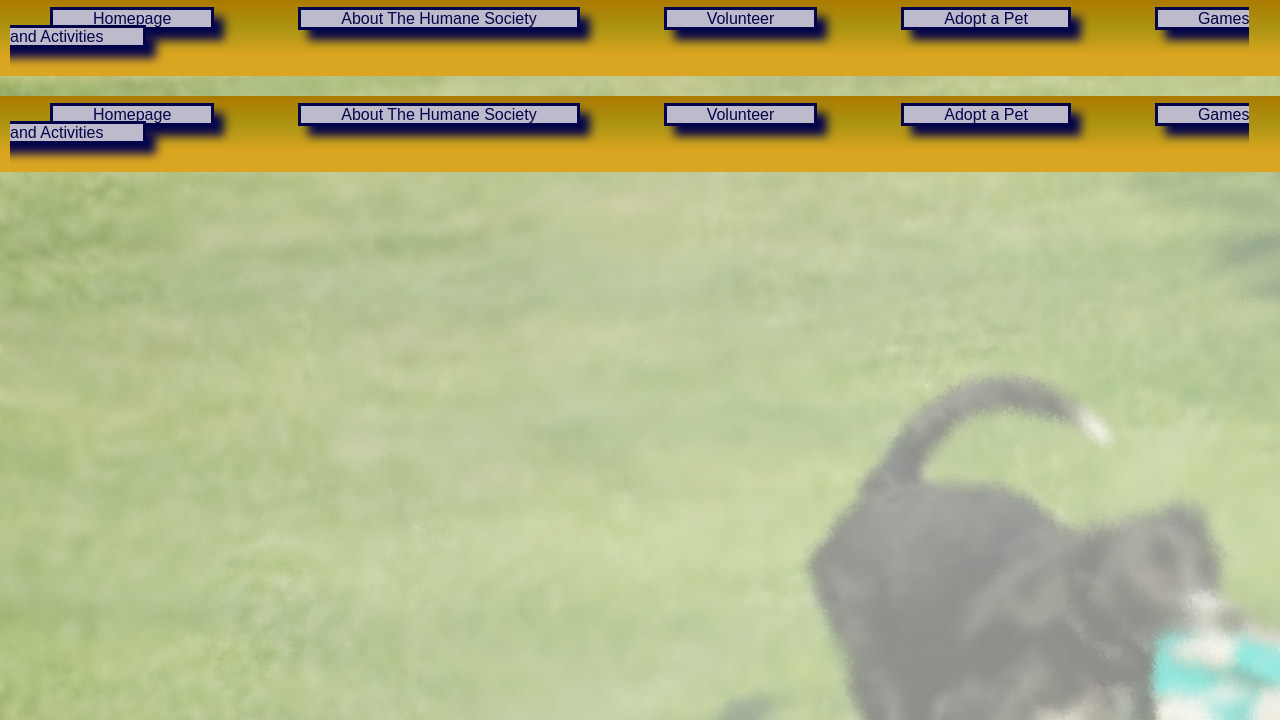
Repository: StaceyS27/puppybowl
Page: index.html
An editor plug-in stored every save of this project. The page is shown before and after a run of saves, followed by the edit.
The browser window is 1280 px wide. The pictures show the whole page.

Above is the page before, as saved 2023-09-05 16:06:57.
Console error: TypeError: Cannot read properties of null (reading 'addEventListener')

### index.html
<!DOCTYPE html>
<html lang="en">
  <head>
    <meta charset="UTF-8" />
    <meta http-equiv="X-UA-Compatible" content="IE=edge" />
    <meta name="viewport" content="width=device-width, initial-scale=1.0" />
    <link rel="stylesheet" href="styles.css" />
    <title>PuppyBowl</title>
    <nav>
      <div class="navbar">
        <a href=" ">Homepage</a>
        <a href=" ">About The Humane Society</a>
        <a href=" ">Volunteer</a>
        <a href=" ">Adopt a Pet</a>
        <a href=" ">Games and Activities</a>
      </div>
    </nav>
    <form id="new-player-form"></form>
    <main id="player-container"></main>
  </head>
  <body>
    <nav>
      <div class="navbar">
        <a href=" ">Homepage</a>
        <a href=" ">About The Humane Society</a>
        <a href=" ">Volunteer</a>
        <a href=" ">Adopt a Pet</a>
        <a href=" ">Games and Activities</a>
      </div>
    </nav>
    <form id="new-player-form"></form>
    <main id="player-container"></main>

    <script src="./script.js"></script>
  </body>
</html>

### styles.css
* {
  padding: 0;
  margin: 0;
  box-sizing: border-box;
}
/*-------------------PAGE BACKGROUND-------------------*/
html{
  background-image: url(puppybowl_background.JPG);
}
/*-------------------NAV BAR-------------------*/
.navbar {
  margin-bottom: 20px;
  padding: 10px;
  background-image: linear-gradient(rgb(171, 122, 0), rgb(171, 148, 18), goldenrod);
  border-bottom: solid 20px goldenrod;
}

.navbar a:hover {
  font-weight: bold;
}

.navbar>a {
  margin: 40px;
  color: rgb(4, 4, 75);
  border: solid 3px rgb(4, 4, 75);
  box-shadow: 10px 10px 10px  rgb(4, 4, 75);
  background-color: rgb(188, 186, 203);
  font-family: Arial, Helvetica, sans-serif;
  padding-left: 40px;
  padding-right: 40px;
  text-decoration: none;
}
/*-------------------WHOLE PAGE FLEX-------------------*/
#player-container {
  display: flex;
  flex-wrap: wrap;
  flex-direction: row;
  column-gap: 70px;
  row-gap: 50px;
}

/*-------------------STYLING FOR ALL PLAYER CARDS-------------------*/
#player-container>div {
  margin: 10px;
  padding: 20px;
  color:goldenrod;
  text-shadow: rgb(4, 4, 75) 1px 1px;
  font-family: Arial, Helvetica, sans-serif;
  background-image: url(card_puppyBowl.JPG);
  background-size: cover;
  border-radius: 5%;
}

/*-------------------ALL CARD GRID PLACEMENT-------------------*/
.player-card {
  width: 20%;
  display: grid;
  grid-template-columns: repeat(5, 20%);
  grid-template-rows: repeat(6);
  box-shadow: 20px 20px 10px rgb(3, 29, 5);
}
.player-card>h2{
  grid-column-start: 3;
  grid-column-end: 4;
  grid-row-start: 1;
  grid-row-end: 2;
}
.player-card>h3{
  grid-column-start: 3;
  grid-column-end: 4;
  grid-row-start: 2;
  grid-row-end: 3;
}
.player-card>img{
  grid-column-start: 1;
  grid-column-end: 4;
  grid-row-start: 3;
  grid-row-end: 4;
}
button{
  grid-column-start: 1;
  grid-column-end: 5;
}
/*-------------------SINGLE CARD GRID PLACEMENT-------------------*/
.single-player-card {
  width: 20%;
  display: grid;
  grid-template-columns: repeat(5, 20%);
  grid-template-rows: repeat(6);
  box-shadow: 20px 20px 10px rgb(3, 29, 5);
}
.single-player-card>h2{
  grid-column-start: 3;
  grid-column-end: 4;
  grid-row-start: 1;
  grid-row-end: 2;
}
.single-player-card>h3{
  grid-column-start: 3;
  grid-column-end: 4;
  grid-row-start: 2;
  grid-row-end: 3;
}
.single-player-card>img{
  grid-column-start: 1;
  grid-column-end: 3;
  grid-row-start: 3;
  grid-row-end: 4;
}
.single-player-card>h4{
  grid-column-start: 1;
  grid-column-end: 5;
  grid-row-start: 4;
  grid-row-end: 5;
  color: goldenrod
}
/*-------------------PUPPY IMAGE-------------------*/
/*Sizing for puppy images */
img {
  margin-top: 10px;
  margin-bottom: 10px;
  border-radius: 10%;
  padding: 10px;
  height: 330px;
  width: 260px;
}

/*-------------------BUTTON STYLING-------------------*/
button {
  border-radius: 50%;
  margin: 10px;
  padding: 20px;
  width: 120px;
  height: 30px;
  background-image: url(football-background.JPG);
  background-size: cover;
  color: beige;
  font-weight: bold;
  font-family: Arial, Helvetica, sans-serif;
}
/*TO DO: Hover on buttons*/

### script.js
// Use the API_URL variable to make fetch requests to the API.
// Replace the placeholder with your cohort name (ex: 2109-UNF-HY-WEB-PT)
const cohortName = "2306-GHP-ET-WEB-PT-SF";
const API_URL = `https://fsa-puppy-bowl.herokuapp.com/api/${cohortName}`;

//---------------------------------------CONTAINERS---------------------------------------
const playerContainerEl = document.getElementById("player-container");
const newPlayerFormEl = document.getElementById("new-player-form");

//---------------------------------------FETCH ALL PLAYERS---------------------------------------
/**
 * Fetches all players from the API.
 * @returns {Object[]} the array of player objects
 */
const fetchAllPlayers = async () => {
  try {
    const response = await fetch(`${API_URL}/players`);
    const result = await response.json();
    const playersArray = result.data.players;
    console.log(playersArray);
    return playersArray;
  } catch (err) {
    console.error(
      "Error: Your dog just chased a bug, resulting in a temporary glitch. We'll have it fetched in no time!",
      err
    );
  }
};

//---------------------------------------FETCH SINGLE PLAYERS---------------------------------------
/**
 * Fetches a single player from the API.
 * @param {number} playerId
 * @returns {Object} the player object
 */
const fetchSinglePlayer = async (playerId) => {
  try {
    const response = await fetch(`${API_URL}/players/${playerId}`);
    const result = await response.json();
    console.log(result);
    return result;
  } catch (err) {
    console.error(
      `Error:#${playerId} just chased a bug, resulting in a temporary glitch. We'll have it fetched in no time!`,
      err
    );
  }
};

//---------------------------------------ADD NEW PLAYERS---------------------------------------
/**
 * Adds a new player to the roster via the API.
 * @param {Object} playerObj the player to add
 * @returns {Object} the player returned by the API
 */
const addNewPlayer = async (playerObj) => {
  try {
    const response = await fetch(`${API_URL}/players`, {
      method: "POST",
      headers: {
        "Content-Type": "application/json",
      },
      body: JSON.stringify(playerObj),
    });

    const player = await response.json();
    console.log("Player added: ", player);

    const players = await fetchAllPlayers();
    renderAllPlayers(players);
  } catch (err) {
    console.error("Oops, something went wrong with adding that player!", err);
  }
};

//---------------------------------------REMOVE PLAYER---------------------------------------
/**
 * Removes a player from the roster via the API.
 * @param {number} playerId the ID of the player to remove
 */
const removePlayer = async (playerId) => {
  try {
    const response = await fetch(`${API_URL}/players/${playerId}`, {
      method: "DELETE",
    });
    const result = await response.json();
    console.log(result);

    const players = await fetchAllPlayers();
    renderAllPlayers(players);
  } catch (err) {
    console.error(
      `Whoops, trouble removing player #${playerId} from the roster!`,
      err
    );
  }
};

/**
 * Updates `<main>` to display a list of all players.
 *
 * If there are no players, a corresponding message is displayed instead.
 *
 * Each player is displayed in a card with the following information:
 * - name
 * - id
 * - image (with alt text of the player's name)
 *
 * Additionally, each card has two buttons:
 * - "See details" button that, when clicked, calls `renderSinglePlayer` to
 *    display more information about the player
 * - "Remove from roster" button that, when clicked, will call `removePlayer` to
 *    remove that specific player and then re-render all players
 *
 * Note: this function should replace the current contents of `<main>`, not append to it.
 * @param {Object[]} playerList - an array of player objects
 */
//---------------------------------------DETAILS BUTTON ON CARD---------------------------------------
const getDetailButton = (player) => {
  const detailButton = document.createElement("button");
  detailButton.textContent = "See Details";
  detailButton.addEventListener("click", (event) => {
    renderSinglePlayer(player); //See details" button that, when clicked, calls `renderSinglePlayer`to display more information about the player
  });
  return detailButton;
};

//---------------------------------------RENDER ALL PLAYERS---------------------------------------
const renderAllPlayers = async (playerList) => {
  //Create error if there is no `playerList` or the `playerList`file is empty
  if (!playerList || playerList.length === 0) {
    const h2 = document.createElement("h2");
    h2.textContent =
      "Error: Your dog just chased a bug, resulting in a temporary glitch. We'll have it fixed soon!";
    playerContainerEl.appendChild(h2);
    return;
  }
  //Clears the HTML for a clean file
  playerContainerEl.innerHTML = "";
  //
  playerList.forEach((player) => {
    //Create container for the player card
    const playerEl = document.createElement("div"); //Creating div element
    playerEl.classList.add("playerCard"); //Creating class element for CSS

    //Render the Name
    const playerNameHeading = document.createElement("h2");
    playerNameHeading.textContent = `Name: ${player.name}`;

    //Render the ID
    const playerIdHeading = document.createElement("h3");
    playerIdHeading.textContent = `ID: ${player.id}`;

    //Render the Breed
    const playerBreedHeading = document.createElement("h3");
    playerBreedHeading.textContent = `Breed: ${player.breed}`;

    //Render the Image
    const playerImage = document.createElement("img");
    playerImage.src = player.imageUrl;
    playerImage.alt = player.name;

    //TO DO:Render team name (if the player has one, or "Unassigned")

    //Append all the sections into the playerContainerEl
    playerEl.append(
      playerNameHeading,
      playerIdHeading,
      playerBreedHeading,
      playerImage,
      getDetailButton(player),
      getDeleteButton(player)
    );
    //Append this player to main player container
    playerContainerEl.appendChild(playerEl);
  });
};

// Function to handle form submission and add a new player
async function addPlayer(event) {
  event.preventDefault();

  const form = event.target;
  const name = form.name.value;
  const breed = form.breed.value;
  const imageUrl = form.imageUrl.value;

  const newPlayer = {
    name: name,
    breed: breed,
    imageUrl: imageUrl,
    status: "rookie", // You can set the default status as needed
  };

  try {
    const response = await fetch(`${baseURL}/players`, {
      method: "POST",
      headers: {
        "Content-Type": "application/json",
      },
      body: JSON.stringify(newPlayer),
    });

    const result = await response.json();

    if (result.success) {
      // Player added successfully, update the roster display
      displayRoster();
      form.reset();
    } else {
      console.error(result.error.message);
    }
  } catch (err) {
    console.error(err);
  }
}

// Add a submit event listener to the form
const addPlayerForm = document.getElementById("add-player-form");
addPlayerForm.addEventListener("submit", addPlayer);

//---------------------------------------RENDER SINGLE PLAYER---------------------------------------
/**
 * Updates `<main>` to display a single player.
 * The player is displayed in a card with the following information:
 * - name
 * - id
 * - breed
 * - image (with alt text of the player's name)
 * - team name, if the player has one, or "Unassigned"
 *
 * The card also contains a "Back to all players" button that, when clicked,
 * will call `renderAllPlayers` to re-render the full list of players.
 * @param {Object} player an object representing a single player
 */
const renderSinglePlayer = (player) => {
  //Create error if there is no `playerList` or the `playerList`file is empty
  playerContainerEl.innerHTML = " ";
  if (!player || player.length === 0) {
    const h2 = document.createElement("h2");
    h2.textContent =
      "Error: Your dog just chased a bug, resulting in a temporary glitch. We'll have it fixed soon!";
    playerContainerEl.appendChild(h2);
    return;
  }

  //Clears the HTML for a clean file
  playerContainerEl.innerHTML = "";

  //Make a new player view container
  const singlePlayerViewContainer = document.createElement("div");
  singlePlayerViewContainer.classList.add("singlePlayerCardView"); //Class for CSS

  const playerInfoEl = document.createElement("div");
  playerInfoEl.classList.add("player");

  //Render the Name
  const playerNameHeading = document.createElement("h2");
  playerNameHeading.textContent = `Name: ${player.name}`;

  //Render the ID
  const playerIdHeading = document.createElement("h3");
  playerIdHeading.textContent = `ID: ${player.id}`;

  //Render the Breed
  const playerBreedHeading = document.createElement("h3");
  playerBreedHeading.textContent = `Breed: ${player.breed}`;

  //Render the Image
  const playerImage = document.createElement("img");
  playerImage.src = player.imageUrl;
  playerImage.alt = player.name;

  playerInfoEl.append(
    playerNameHeading,
    playerIdHeading,
    playerBreedHeading,
    playerImage,
    getBackButton(),
    getDeleteButton()
  );

  //Append
  playerContainerEl.appendChild(playerInfoEl);
  playerContainerEl.appendChild(singlePlayerViewContainer);
};

//---------------------------------------DELETE BUTTON---------------------------------------
//Delete button for all players view or single player view

const getDeleteButton = (player) => {
  const deleteButton = document.createElement("button");
  deleteButton.classList.add("delete-button");
  deleteButton.textContent = "Remove";

  deleteButton.addEventListener("click", (event) => {
    removePlayer(player.id);
  });

  return deleteButton;
};

//---------------------------------------BACK BUTTON---------------------------------------
//Back button from single player view to main view
const getBackButton = () => {
  const backButton = document.createElement("button");
  backButton.textContent = "Return Back";
  backButton.addEventListener("click", async (event) => {
    const returnToPlayers = await fetchAllPlayers();
    renderAllPlayers(returnToPlayers);
  });
  return backButton;
};

//---------------------------------------RENDER NEW PLAYER FORM---------------------------------------
/**
 * Fills in `<form id="new-player-form">` with the appropriate inputs and a submit button.
 * When the form is submitted, it should call `addNewPlayer`, fetch all players,
 * and then render all players to the DOM.
 */
const renderNewPlayerForm = () => {
  try {
    const playerForm = document.createElement("form");

    //name label and input
    const nameLabel = document.createElement("label");
    nameLabel.htmlFor = "name";
    nameLabel.textContent = "Name: ";

    const nameInput = document.createElement("input");
    nameInput.type = "text";
    nameInput.id = "name";
    nameInput.name = "name";
    nameInput.placeholder = "Enter name...";

    // breed label and input
    const breedLabel = document.createElement("label");
    breedLabel.htmlFor = "breed";
    breedLabel.textContent = "Breed: ";

    const breedInput = document.createElement("input");
    breedInput.type = "text";
    breedInput.id = "breed";
    breedInput.name = "breed";
    breedInput.placeholder = "Enter breed...";

    //status label and input
    const statusLabel = document.createElement("label");
    statusLabel.htmlFor = "status";
    statusLabel.textContent = "Status: ";

    const statusInput = document.createElement("input");
    statusInput.type = "text";
    statusInput.id = "status";
    statusInput.name = "status";
    statusInput.placeholder = "Enter status...";

    //image label and input
    const imageLabel = document.createElement("label");
    imageLabel.htmlFor = "image_url";
    imageLabel.textContent = "Image URL: ";

    const imageInput = document.createElement("input");
    imageInput.type = "text";
    imageInput.id = "image_url";
    imageInput.name = "image_url";
    imageInput.placeholder = "Enter image URL...";

    //submit button
    const submitButton = document.createElement("button");
    submitButton.type = "submit";
    submitButton.textContent = "Submit";

    playerForm.append(
      nameLabel,
      nameInput,
      breedLabel,
      breedInput,
      statusLabel,
      statusInput,
      imageLabel,
      imageInput,
      submitButton
    );

    playerForm.addEventListener("submit", async (event) => {
      event.preventDefault();

      const form = event.target;

      const playerData = {
        name: form.name.value,
        breed: form.breed.value,
        status: form.status.value,
        image_url: form.image_url.value,
      };

      await addNewPlayer(playerData);

      form.reset();
    });

    newPlayerFormEl.appendChild(playerForm);
  } catch (err) {
    console.error("Uh oh, trouble rendering the new player form!", err);
  }
};

//---------------------------------------INITIALIZE FUNCTION---------------------------------------
/**
 * Initializes the app by fetching all players and rendering them to the DOM.
 */
const init = async () => {
  const players = await fetchAllPlayers();
  renderAllPlayers(players);
  renderNewPlayerForm();
};

//---------------------------------------EXPORT FOR TESTING---------------------------------------
// This script will be run using Node when testing, so here we're doing a quick
// check to see if we're in Node or the browser, and exporting the functions
// we want to test if we're in Node.
if (typeof window === "undefined") {
  module.exports = {
    fetchAllPlayers,
    fetchSinglePlayer,
    addNewPlayer,
    removePlayer,
    renderAllPlayers,
    renderSinglePlayer,
    renderNewPlayerForm,
  };
} else {
  init();
}

After the next 2 saves:
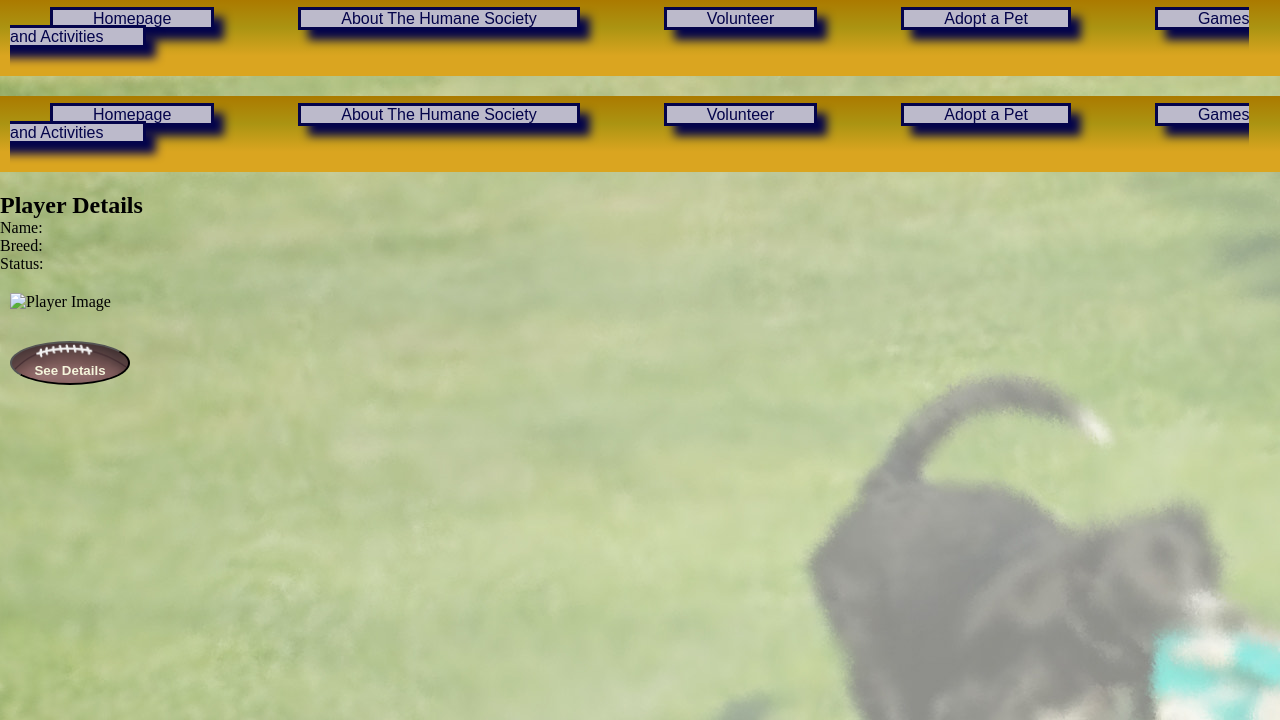
The 2 saves are shown as one change because they came seconds apart.
The last was saved 4 min 57 s later.
--- a/index.html
+++ b/index.html
@@ -32,5 +32,16 @@
     <main id="player-container"></main>
 
     <script src="./script.js"></script>
+    <!-- Inside the body of your HTML -->
+    <h2>Player Details</h2>
+    <div id="player-details">
+      <p>Name: <span id="player-name"></span></p>
+      <p>Breed: <span id="player-breed"></span></p>
+      <p>Status: <span id="player-status"></span></p>
+      <img id="player-image" src="" alt="Player Image" />
+    </div>
+
+    <!-- Add the "See Details" button -->
+    <button id="see-details-button">See Details</button>
   </body>
 </html>
